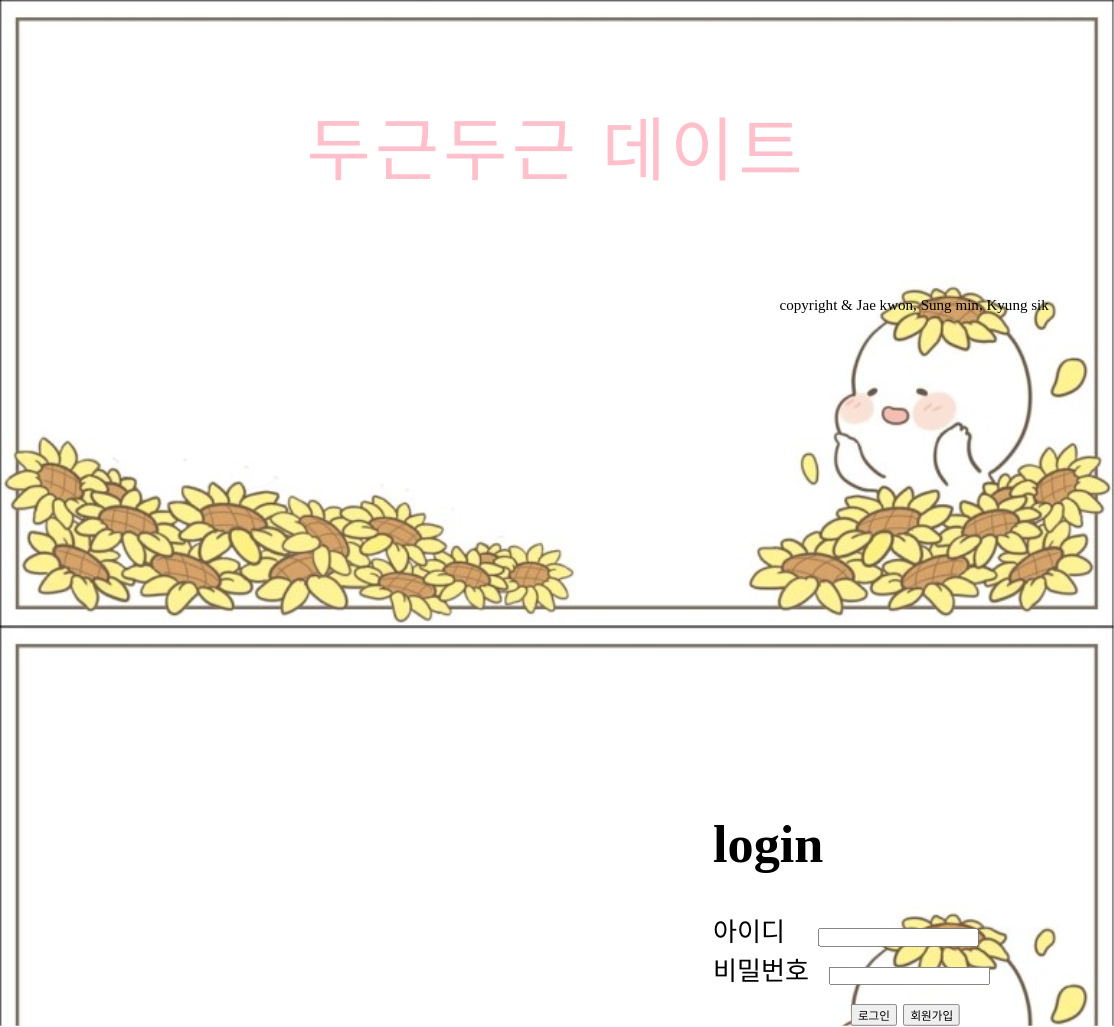
Repository: pinokio531/date_application
Page: http://localhost/doogeunDate/indexPage.jsp
The author's editor kept a copy of each file at every save. The page is drawn from the files as they stood at one save, then again after the next save.
The browser window is 1280 px wide. The pictures show the whole page, at 87% of full size.
Some web fonts or font styles are not loaded; a fallback is used. The page is served by Tomcat 9.

Above is the page before, as saved 2019-06-04 09:55:42.

After the next save:
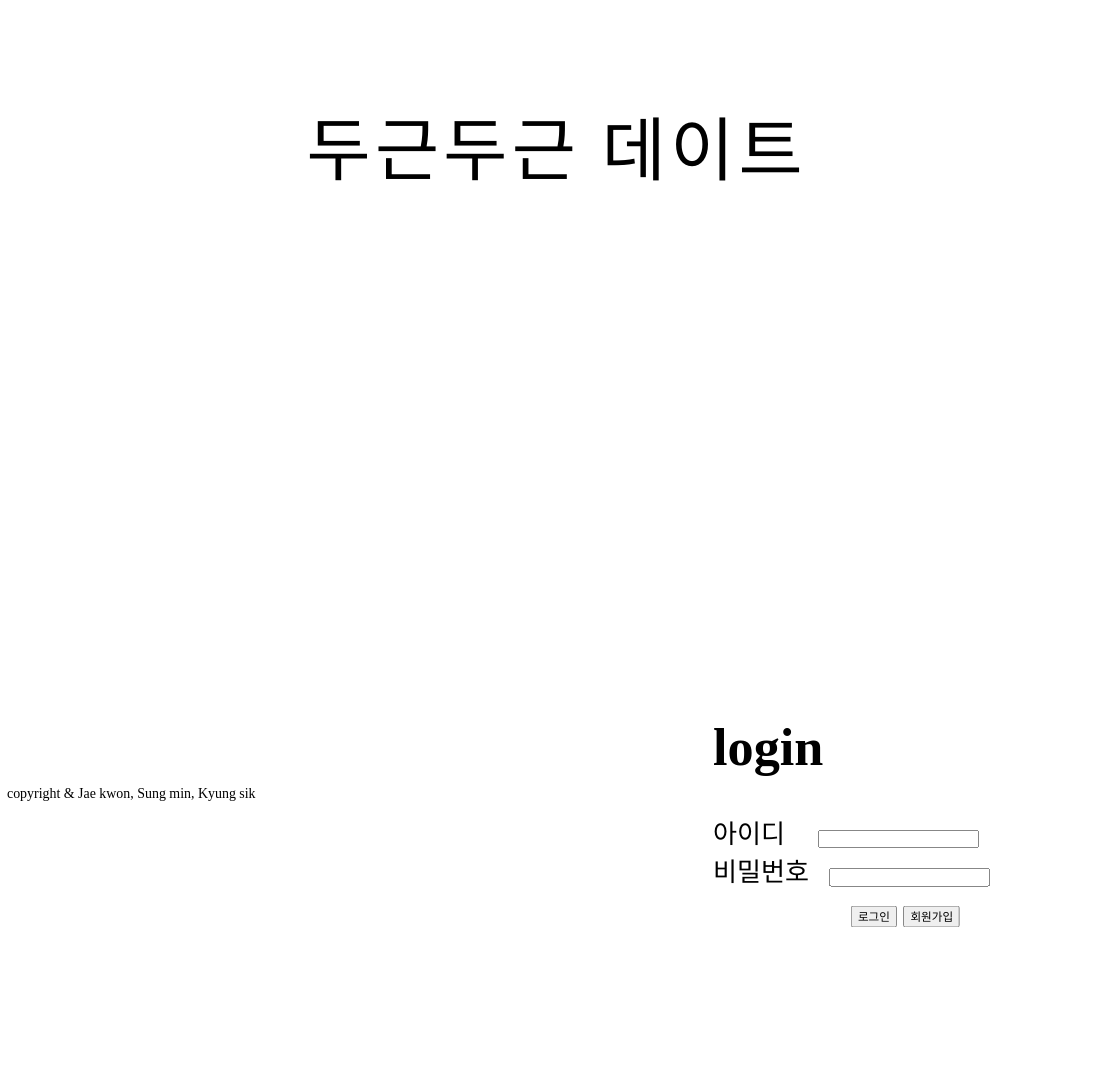
Saved 42 s later.
--- a/doogeunDate/WebContent/style/index.css
+++ b/doogeunDate/WebContent/style/index.css
@@ -1,5 +1,5 @@
 body{
-    background-image:url(../asset/ompang.jpg);
+    background-img:url(./asset/background.jpg);
     background-size: 100%;
 }
 
@@ -9,10 +9,10 @@ body{
     font-family: 'Nanum Brush Script', cursive;
     font-size: 60pt;
     letter-spacing: 5px;
-    color: pink;
 }
 
 .container{
+    height: 80%;
     margin: 0 auto;
 }
 
@@ -22,7 +22,8 @@ body{
     height: 80%;
 }
 
-footer{
+.footer{
+    padding-top: 400px;
     text-align: center;
     font-size: 13pt;
 }
@@ -31,7 +32,7 @@ footer{
     float: right;
     margin:10px;
     width: 35%;
-    height: 20%;
+    height: 80%;
     font-family: 'Nanum Brush Script', cursive;
     font-size: 30px;
 }
